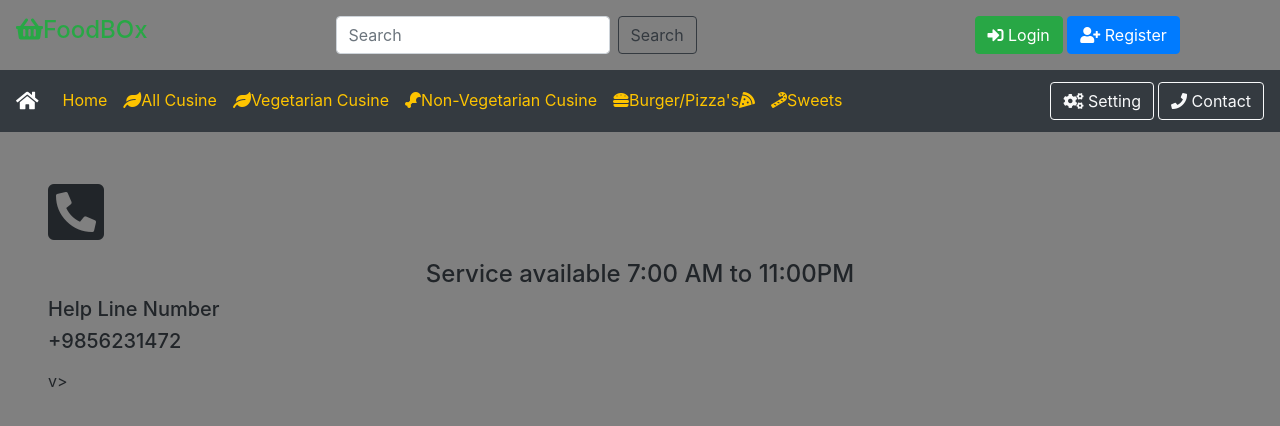
Repository: debjaniprofessional32/Capstone-Final-FoodBox-Delivery-Project
Page: http://localhost/OnlinFoodBOX/helpcenter.jsp
The author's editor kept a copy of each file at every save. The page is drawn from the files as they stood at one save, then again after the next save.
The browser window is 1280 px wide. The pictures show the whole page.
Some web libraries are served in a nearby version. The page is served by Tomcat 9. Other server files are loaded and not shown.

Above is the page before, as saved 2022-12-23 12:59:55.

### OnlinFoodBOX/src/main/webapp/helpcenter.jsp
<%@ page language="java" contentType="text/html; charset=ISO-8859-1"  pageEncoding="ISO-8859-1"%>
<!DOCTYPE html>
<html>
<head>
<meta charset="ISO-8859-1">
<title>Help center</title>
<%@include file="all_Component/allCss.jsp"%>
<link rel="stylesheet" href="all_Component/style.css">
</head>
<body>
<%@include file="all_Component/navbar.jsp"%>
<div class=" justify-content-center p-5">
<i class="fas fa-phone-square-alt fa-4x"></i><br>
<p>
<h4 class="text-center" >Service available 7:00 AM to 11:00PM</h4>
<h5>Help Line Number</h5>
<h5>+9856231472</h5>
</p>
v>
</body>
</html>

### OnlinFoodBOX/src/main/webapp/all_Component/allCss.jsp
<link rel="stylesheet"
	href="https://cdn.jsdelivr.net/npm/bootstrap@4.0.0/dist/css/bootstrap.min.css"
	integrity="sha384-Gn5384xqQ1aoWXA+058RXPxPg6fy4IWvTNh0E263XmFcJlSAwiGgFAW/dAiS6JXm"
	crossorigin="anonymous">
<script src="https://code.jquery.com/jquery-3.2.1.slim.min.js"
	integrity="sha384-KJ3o2DKtIkvYIK3UENzmM7KCkRr/rE9/Qpg6aAZGJwFDMVNA/GpGFF93hXpG5KkN"
	crossorigin="anonymous"></script>
<script
	src="https://cdn.jsdelivr.net/npm/popper.js@1.12.9/dist/umd/popper.min.js"
	integrity="sha384-ApNbgh9B+Y1QKtv3Rn7W3mgPxhU9K/ScQsAP7hUibX39j7fakFPskvXusvfa0b4Q"
	crossorigin="anonymous"></script>
<script
	src="https://cdn.jsdelivr.net/npm/bootstrap@4.0.0/dist/js/bootstrap.min.js"
	integrity="sha384-JZR6Spejh4U02d8jOt6vLEHfe/JQGiRRSQQxSfFWpi1MquVdAyjUar5+76PVCmYl"
	crossorigin="anonymous"></script>
<link rel="stylesheet"
	href="https://cdnjs.cloudflare.com/ajax/libs/font-awesome/5.15.3/css/all.min.css"
	integrity="sha512-iBBXm8fW90+nuLcSKlbmrPcLa0OT92xO1BIsZ+ywDWZCvqsWgccV3gFoRBv0z+8dLJgyAHIhR35VZc2oM/gI1w=="
	crossorigin="anonymous" referrerpolicy="no-referrer" />

### OnlinFoodBOX/src/main/webapp/all_Component/navbar.jsp
 <%@ taglib prefix="c" uri="http://java.sun.com/jsp/jstl/core" %>
 <%@ page isELIgnored = "false" %>
 <style type="text/css">
 .navbar {
     background: #000000
 }

 .nav-item::after {
     content: '';
     display: block;
     width: 0px;
     height: 2px;
     background: #fec400;
     transition: 0.4s
 }

 .nav-item:hover::after {
     width: 100%
 }

 .navbar-dark .navbar-nav .active>.nav-link,
 .navbar-dark .navbar-nav .nav-link.active,
 .navbar-dark .navbar-nav .nav-link.show,
 .navbar-dark .navbar-nav .show>.nav-link,
 .navbar-dark .navbar-nav .nav-link:focus,
 .navbar-dark .navbar-nav .nav-link:hover {
     color: #fec400
 }

 .nav-link {
     padding: 10px 5px;
     transition: 0.2s
 }

 body{
     background-color:grey;
 }
</style>
<div class="container-fluid p-3">
	<div class="row">

		<div class="col-md-3 text-success">

<h4><i class='fa fa-shopping-basket'></i>FoodBOx</h4>
		</div>

		<div class="col-md-6">
			<form class="form-inline my-2 my-lg-0">
				<input class="form-control mr-sm-2" type="search"
					placeholder="Search" aria-label="Search">
				<button class="btn btn-outline-dark my-2 my-sm-0" type="submit">Search</button>
			</form>
		</div>
		<c:if test="${not empty userobj}">
		<div class="col-md-3">
		    <a href="checkout.jsp" class="mt-6"><i class='fas fa-cart-plus fa-2x '></i></a>
			<a href="login.jsp" class="btn btn-success"><i class='fas fa-user-plus'></i>&nbsp;${userobj.name}</a>
			<a href="logout" class="btn btn-primary "><i class='fas fa-sign-in-alt'></i>&nbsp;Logout</a>
		</div>

		</c:if>
		<c:if test="${empty userobj}">
		<div class="col-md-3">
			<a href="login.jsp" class="btn btn-success"><i class='fas fa-sign-in-alt'></i>&nbsp;Login</a>
			<a href="rejister.jsp" class="btn btn-primary "><i class='fas fa-user-plus'></i>&nbsp;Register</a>
		</div>

		</c:if>

	</div>



</div>


<nav class="navbar navbar-expand-lg navbar-dark bg-dark">
  <a class="navbar-brand " href="#"><i class="fas fa-home"></i></a>
  <button class="navbar-toggler" type="button" data-toggle="collapse" data-target="#navbarSupportedContent" aria-controls="navbarSupportedContent" aria-expanded="false" aria-label="Toggle navigation">
    <span class="navbar-toggler-icon"></span>
  </button>

  <div class="collapse navbar-collapse" id="navbarSupportedContent">
    <ul class="navbar-nav mr-auto">
      <li class="nav-item active "><a class="nav-link " href="index.jsp">Home <span class="sr-only">(current)</span></a></li>
      <li class="nav-item active"><a class="nav-link" href="all_veg.jsp"><i class="fa fa-leaf"></i>All Cusine</a></li>
      <li class="nav-item active"><a class="nav-link" href="all_veg1.jsp"><i class="fa fa-leaf"></i>Vegetarian Cusine</a></li>
      <li class="nav-item active"><a class="nav-link " href="all_nonveg.jsp"><i class='fas fa-drumstick-bite'></i>Non-Vegetarian Cusine</a></li>
      <li class="nav-item active"><a class="nav-link " href="all_Bpizza.jsp"><i class='fas fa-hamburger'></i>Burger/Pizza's<i class='fas fa-pizza-slice'></i></a></li>
      <li class="nav-item active"><a class="nav-link " href="all_sweet.jsp"><i class='fas fa-candy-cane'></i>Sweets</a></li>
    </ul>
    <form class="form-inline my-2 my-lg-0">
     <a class="btn btn-outline-light my-2 my-sm-0" href="setting.jsp" class="outline-light"><i class='fa fa-cogs '></i>&nbsp;Setting</a>
      <button class="btn btn-outline-light my-2 my-sm-0 ml-1" type="submit"><i class='fa fa-phone'></i>&nbsp;Contact</button>
    </form>
  </div>
</nav>

### OnlinFoodBOX/src/main/webapp/all_Component/style.css
 .navbar-nav active .nav-link:hover {

    background-color:#b2ff59;
    text-color:#000000;
    border-radius:10px;
}
.navbar-item:hover {


    text-color:#000000;

}

.carousel {
  width:auto;
  height:400px;
}

After the next save:
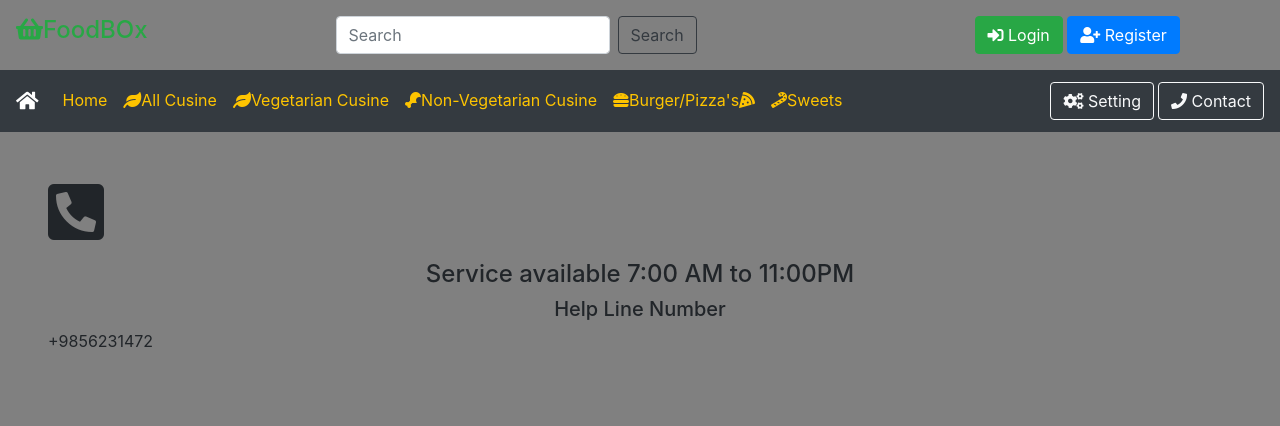
Saved 45 s later.
--- a/OnlinFoodBOX/src/main/webapp/helpcenter.jsp
+++ b/OnlinFoodBOX/src/main/webapp/helpcenter.jsp
@@ -10,12 +10,12 @@
 <body>
 <%@include file="all_Component/navbar.jsp"%>
 <div class=" justify-content-center p-5">
-<i class="fas fa-phone-square-alt fa-4x"></i><br>
+<i class="fas fa-phone-square-alt fa-4x text-center "></i><br>
 <p>
 <h4 class="text-center" >Service available 7:00 AM to 11:00PM</h4>
-<h5>Help Line Number</h5>
-<h5>+9856231472</h5>
+<h5 class="text-center">Help Line Number</h5>
+<h5class="text-center">+9856231472</h5>
 </p>
-v>
+
 </body>
 </html>
